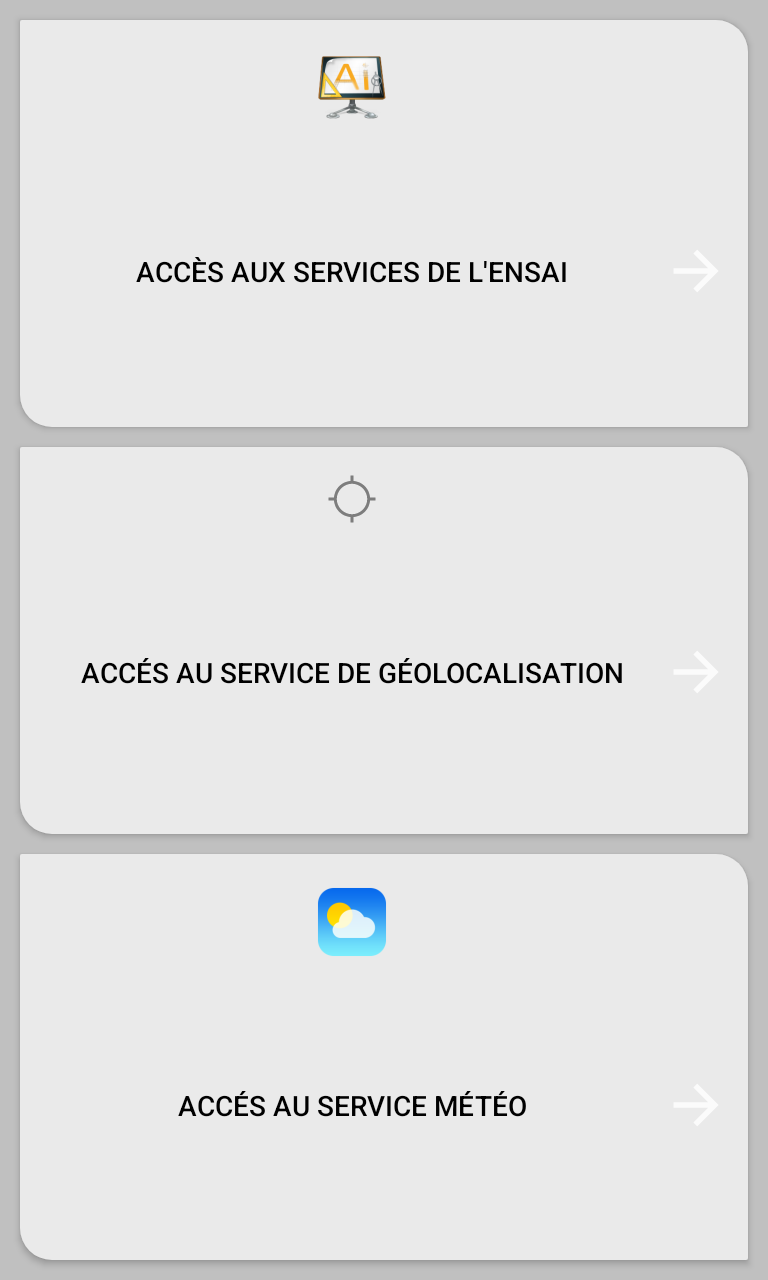
Repository: cpluuuusplus/WhoWantsKitKat
Layout: AppliPlus/res/layout/activity_menu_principal.xml
An editor plug-in stored every save of this project. The layout is shown before and after the next save, followed by the edit.
It is drawn on a 768 x 1280 px phone screen (xhdpi) without system bars, with theme Theme.AppCompat.Light; the app's code is not run.

Above is the layout before, as saved 2014-05-12 16:31:25.

After the next save:
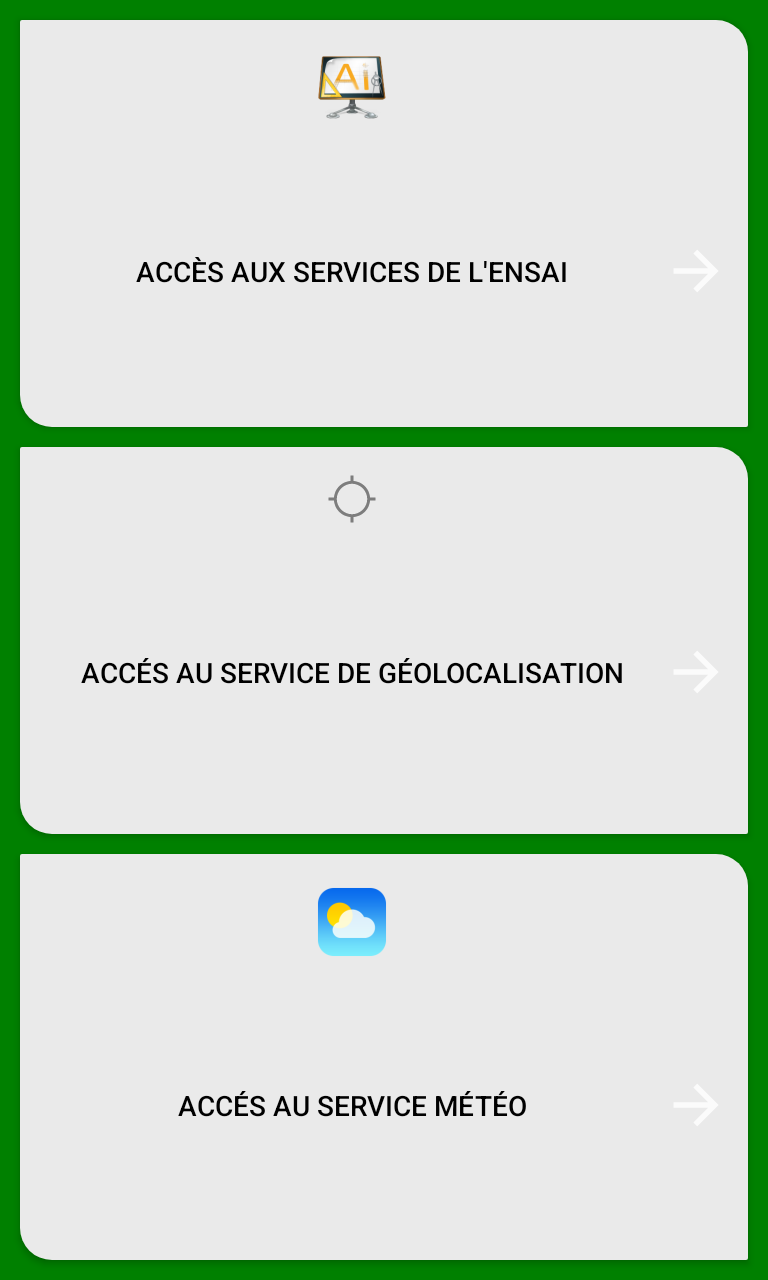
Saved 12 s later.
--- a/AppliPlus/res/layout/activity_menu_principal.xml
+++ b/AppliPlus/res/layout/activity_menu_principal.xml
@@ -2,7 +2,7 @@
 <LinearLayout xmlns:android="http://schemas.android.com/apk/res/android"
     android:layout_width="match_parent"
     android:layout_height="match_parent"
-    android:background="@color/silver"
+    android:background="@color/green"
     android:orientation="vertical" >
 
     <Button
@@ -19,7 +19,6 @@
         android:onClick="pamplemousse"
         android:text="@string/school"
         android:textColor="@color/black_color" />
-
 
     <Button
         android:id="@+id/main_act2"
